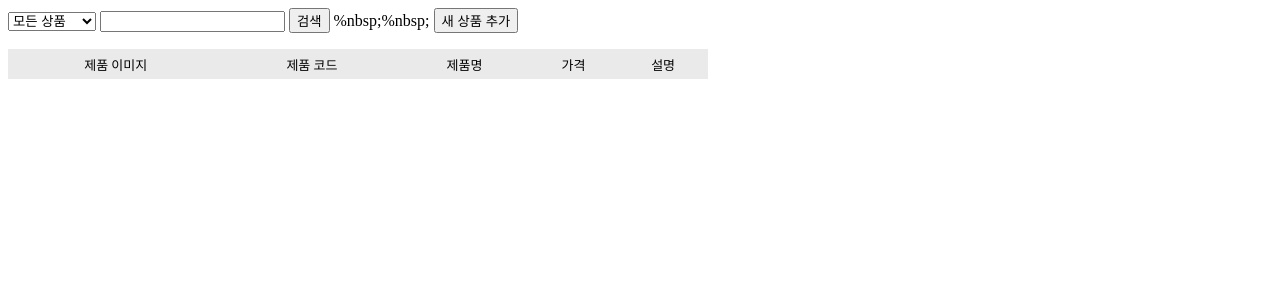
Repository: sjeong12/Photos
Page: http://localhost/LSJ_PHOTO/admin/productList.jsp
An editor plug-in stored every save of this project. The page is shown before and after the next save, followed by the edit.
The browser window is 1280 px wide. The pictures show the whole page.
The page is served by Tomcat 9. Other server files are loaded and not shown. Queries for data that is not in the repository find no rows.

Above is the page before, as saved 2016-12-07 06:39:25.

### LSJ_PHOTO/WebContent/admin/productList.jsp
<%@ page language="java" import="java.sql.*" contentType="text/html; charset=utf-8" pageEncoding="utf-8" %>
<% request.setCharacterEncoding("utf-8"); %>
<HTML><HEAD>
<TITLE>제품 목록</TITLE></HEAD>

<script language=javascript>
function add_product()
{
	document.frm_s.action = "/admin/addProduct.jsp";
	document.frm_s.submit();
}
</script>


<BODY>

<%
    //String in_usernm = request.getParameter("search_value");
    //if (in_usernm == null) in_usernm = "";

    String in_search_key   = request.getParameter("search_key");
	String in_search_value = request.getParameter("search_value");
    //  페이지 번호 – 없으면(처음) 1, 아니면 전달 받은 페이지
    String strPageNum = request.getParameter("PageNum");     // paging
    // 표시할 목록의 개수 – 없으면 지정하여 사용
  	String strPageSize = request.getParameter("PageSize");   // paging
  	if (in_search_key   == null) in_search_key   = "";
 	if (in_search_value == null) in_search_value = "";
    if (strPageNum == null) strPageNum = "1";        // paging
    if (strPageSize == null) strPageSize = "10";      // paging    이 크기는 화면 사이즈에 따라 다름
    int currentPage = Integer.parseInt(strPageNum);  // paging  현재 선택 페이지 값 INT 로 변경
    int pageSize = Integer.parseInt(strPageSize);     // paging    목록의 갯수 INT로 변경
%>

<FORM NAME = frm_s  ACTION="productList.jsp" METHOD=post>
<SELECT NAME=search_key>

<OPTION VALUE = ""
	<%
 	     if (in_search_key.equals("")) out.print(" selected");
	%>
    >모든 상품</OPTION>
<OPTION VALUE = "1"
	<%
 	     if (in_search_key.equals("1")) out.print(" selected");
	%>
    >액자</OPTION>
<OPTION VALUE = "2"
    <%
         if (in_search_key.equals("2")) out.print(" selected");
    %>
  >앨범</OPTION>
 <OPTION VALUE = "3"
    <%
         if (in_search_key.equals("3")) out.print(" selected");
    %>
  >디자인 소품</OPTION>


   </SELECT>
 <INPUT TYPE=text NAME=search_value VALUE="<%= in_search_value %>">
<INPUT TYPE=submit VALUE="검색"> %nbsp;%nbsp; <INPUT TYPE=button VALUE="새 상품 추가" onclick = "add_product()">
</FORM>




<TABLE border = "0" cellspacing = "0" cellpadding = "2" width = "700">

<TR bgcolor = "EAEAEA" height="30">
<TD><font size = 2><center>제품 이미지</center></font></TD>
<TD><font size = 2><center>제품 코드</center></font></TD>
<TD><font size = 2><center>제품명</center></font></TD>
<TD><font size = 2><center>가격</center></font></TD>
<TD><font size = 2><center>설명</center></font></TD>
</TR>
<%
Class.forName("com.microsoft.sqlserver.jdbc.SQLServerDriver");
String connectionURL = "jdbc:sqlserver://localhost:1433;databaseName=DBPstudio;user=sa;password=11";
Connection con = DriverManager.getConnection(connectionURL);

ResultSet rs = null;   // 데이터 베이스에서 가져온 정보를 저장하는 객체
ResultSet rs2 = null;      // paging    rs 객체 하나 더 생성

     Statement stmt = con.createStatement();
   //String SQL = "select userid, usernm, gender, jumin, jobcd from members order by userid";


     String SQL = "SELECT * ";

if (in_search_key.equals("")){
	SQL = SQL + "from Product ";
    SQL = SQL + "where Product_Name LIKE '%" + in_search_value + "%'";
    SQL = SQL + "or Product_Code Like '%" + in_search_value + "%' ";
}
else if (in_search_key.equals("1")){
	SQL = SQL + "from Product P, Sub_Category S ";
    SQL = SQL + "where (P.Product_Name LIKE '%" + in_search_value + "%' ";
    SQL = SQL + "or P.Product_Code Like '%" + in_search_value + "%') ";
    SQL = SQL + "and (P.SubCategory_Num = S.Sub_Category_Num) ";
	SQL = SQL + "and (S.Category_Num = '1') ";
}
else if (in_search_key.equals("2")){
	SQL = SQL + "from Product P, Sub_Category S ";
    SQL = SQL + "where (P.Product_Name LIKE '%" + in_search_value + "%' ";
    SQL = SQL + "or P.Product_Code Like '%" + in_search_value + "%') ";
    SQL = SQL + "and (P.SubCategory_Num = S.Sub_Category_Num) ";
	SQL = SQL + "and (S.Category_Num = '2') ";
}
else if (in_search_key.equals("3")){
	SQL = SQL + "from Product P, Sub_Category S ";
    SQL = SQL + "where (P.Product_Name LIKE '%" + in_search_value + "%' ";
    SQL = SQL + "or P.Product_Code Like '%" + in_search_value + "%') ";
	SQL = SQL + "and (P.SubCategory_Num = S.Sub_Category_Num) ";
	SQL = SQL + "and (S.Category_Num = '3') ";
}
	SQL = SQL + "order by Product_Name ";


     // 페이징을 이용하기 위한 MSSQL 함수로 페이지를 계산한다.
     String SQL2 = SQL;                             //  위의 기존 SQL 에 더 추가       // paging
     SQL2 = SQL2 + "OFFSET "+ ( currentPage - 1 ) * pageSize + " ROWS ";   // paging
     SQL2 = SQL2 + "FETCH NEXT " + pageSize + " ROWS ONLY ";                // paging
       // 전체 카운트를 가져오기위한 sql을 실행해야한다.
      rs2 = stmt.executeQuery(SQL);   // select 문                             //paging
      int totalRecords = 0;                                                             //paging
      while(rs2.next()){       // 처음부터 끝까지                                  //paging
      totalRecords++;       // 전체 레코드 수 카운트                             //paging
      }


   // 페이지가 계산된 목록을 가져오는 SQL2를 실행한다.
      rs = stmt.executeQuery(SQL2);    //  SQL2=기존 SQL + 페이징 SQL      // paging

   while(rs.next())
   {
       String image= rs.getString("Product_Image");
       String code= rs.getString("Product_Code");
       String name= rs.getString("Product_Name");
       int price= rs.getInt("product_Price");
       String Info= rs.getString("Product_Info");

   %>
      <TR onmouseover="this.style.backgroundColor='orange';"
      onmouseout="this.style.backgroundColor='white'; " >  <TD>
      <a href="/LSJ_PHOTO/home.jsp?page=/admin/productView&pcode=<%= code %>">
      <img src="/LSJ_PHOTO/productImage/<%= image %>" border="0" width="100" height="100"/>
      </a>
      </TD>
               <TD><font size = 2> <%= code%> </font></TD>
               <TD><font size = 2> <%= name%> </font></TD>
               <TD><font size = 2> &nbsp;&nbsp;<%= price %>&nbsp;&nbsp; </font></TD>
               <TD><font size = 2> <%= Info%> </font></TD> </TR>
   <% } %>

</TABLE>
<%
int intTotPages= 0; // 총 페이지 수 계산
int intR= totalRecords % pageSize;   // 6 % 3 = 0
if(intR == 0) {
intTotPages = totalRecords / pageSize;
}
else  {   // 7 % 3 != 0
intTotPages = totalRecords / pageSize + 1;  // 나머지가 0 아니면 총 페이지수는 몫 + 1
}

int intGrpSize  = 2; // 그룹 수 설정 - 화면에 보여질 그룹  수
int currentGrp  = 0; // 현 그룹 No.
intR= currentPage % intGrpSize;     // 3 % 2 = ?
if(intR == 0) {
currentGrp= currentPage / intGrpSize;  //4/2=2 그룹
}
else  {   // 3/2 =1 +1 =2그룹
currentGrp= currentPage / intGrpSize + 1;
}
//Page 282
int intGrpStartPage= (currentGrp  - 1) * intGrpSize + 1;   // 2그룹일 때 (2-1)*2+1=3
int intGrpEndPage=  currentGrp * intGrpSize;                  // 2그룹일 때  2*2=4
if (intGrpEndPage > intTotPages){    //  그룹의 끝 페이지가 총 페이지수보다 크면
intGrpEndPage= intTotPages;           //  끝 페이지 수가 총 페이지 수
}

if (currentGrp > 1){    //  그룹 2부터는 이전 페이지 표시
%>
 [<A href="productList.jsp?PageNum=<%= intGrpStartPage - 1 %>">이전</A>]
<%                                                               // 이전 이니까 -1
}

int intGrpPageCount= intGrpSize; // 그룹 당 페이지 수
int intIndex= intGrpStartPage; // 현 그룹 시작 페이지
while (intGrpPageCount > 0 && intIndex <= intGrpEndPage){
%>
[<A href="productList.jsp?PageNum=<%= intIndex %>"><%= intIndex %></A>] &nbsp;
<%
intIndex = intIndex + 1;
intGrpPageCount  = intGrpPageCount - 1;
}
if (intIndex <= intTotPages){  // 다음 그룹이 있으면
%>
[<A href="productList.jsp?PageNum=<%= intIndex %>">다음</A>]
<%
}

stmt.close();
rs.close();
rs2.close();
con.close();

%>

</BODY>

After the next save:
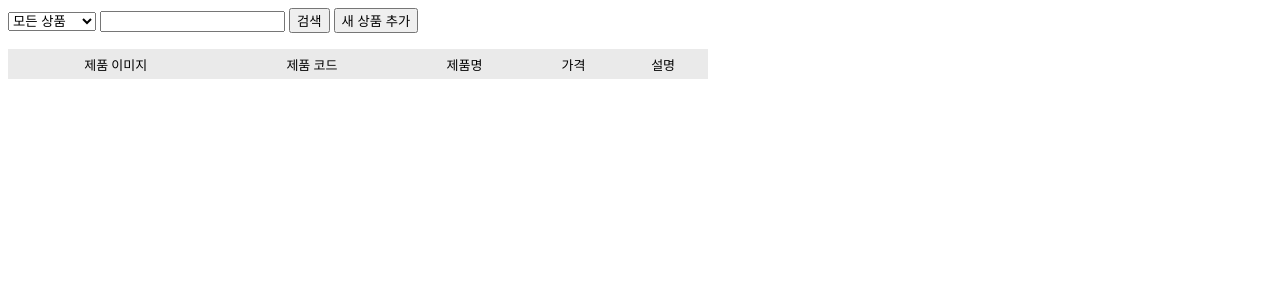
Saved 24 s later.
--- a/LSJ_PHOTO/WebContent/admin/productList.jsp
+++ b/LSJ_PHOTO/WebContent/admin/productList.jsp
@@ -59,7 +59,7 @@ function add_product()
 
    </SELECT>
  <INPUT TYPE=text NAME=search_value VALUE="<%= in_search_value %>">
-<INPUT TYPE=submit VALUE="검색"> %nbsp;%nbsp; <INPUT TYPE=button VALUE="새 상품 추가" onclick = "add_product()">
+<INPUT TYPE=submit VALUE="검색">      <INPUT TYPE=button VALUE="새 상품 추가" onclick = "add_product()">
 </FORM>
 
 
